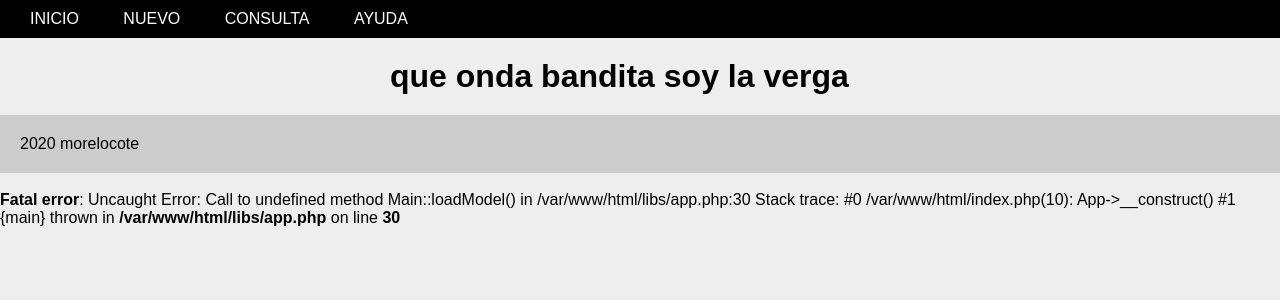
Repository: edgarhdzp/crud-php-poo-mvc-ajax
Page: http://localhost/poomvc/main
An editor plug-in stored every save of this project. The page is shown before and after the next save, followed by the edit.
The browser window is 1280 px wide. The pictures show the whole page.
The page is run by PHP 8.4 with error messages shown; the project is at /var/www/html/.

Above is the page before, as saved 2020-06-23 13:24:38.

After the next save:
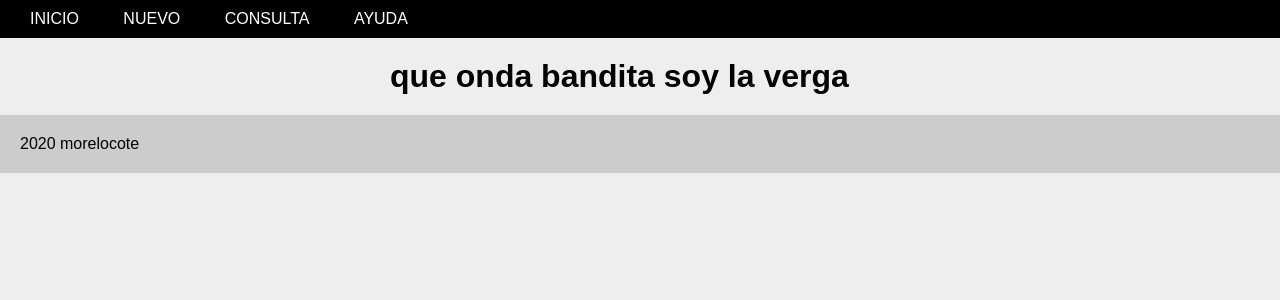
Saved 2 min 48 s later.
--- a/libs/controller.php
+++ b/libs/controller.php
@@ -7,7 +7,7 @@ class Controller{
 
     }
 
-    function loalModel($model){
+    function loadModel($model){
         $url = 'models/'.$model.'model.php';
 
         if(file_exists($url)){
